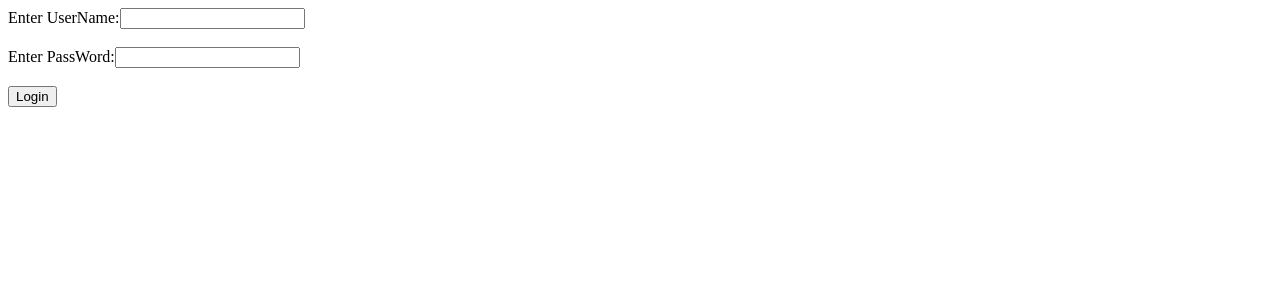
Repository: srikanthModugu/jdbc-servlet-jsp
Page: SutudentRegistration/WebContent/LoginPage.html
An editor plug-in stored every save of this project. The page is shown before and after the next save, followed by the edit.
The browser window is 1280 px wide. The pictures show the whole page.

Above is the page before, as saved 2017-10-02 13:32:08.

### SutudentRegistration/WebContent/LoginPage.html
<!DOCTYPE html>
<html>
<head>
<style type="text/css">
.button {
    background-color: #4CAF50; /* Green */
    border: none;
    color: white;
    padding: 15px 32px;
    text-align: center;
    text-decoration: none;
    display: inline-block;
    font-size: 16px;
}
</style>
<meta charset="UTF-8">
<title>Insert title here</title>
</head>

<body>
<form action="login" method="get">
Enter UserName:<input type="text" name="Uname"/><br><br>
Enter PassWord:<input type="text" name="passWord"/><br><br>
 <input type="submit" value="Login"/>

</form>

</body>
</html>

After the next save:
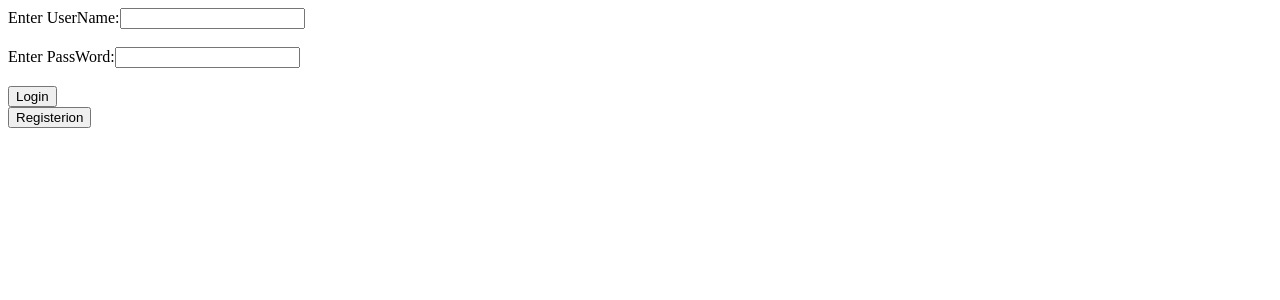
Saved 38 s later.
--- a/SutudentRegistration/WebContent/LoginPage.html
+++ b/SutudentRegistration/WebContent/LoginPage.html
@@ -21,7 +21,8 @@
 <form action="login" method="get">
 Enter UserName:<input type="text" name="Uname"/><br><br>
 Enter PassWord:<input type="text" name="passWord"/><br><br>
- <input type="submit" value="Login"/>
+ <input type="submit" value="Login"/><br>
+  <button type="submit" formaction="/action_page2.php">Registerion</button>
 
 </form>
 
